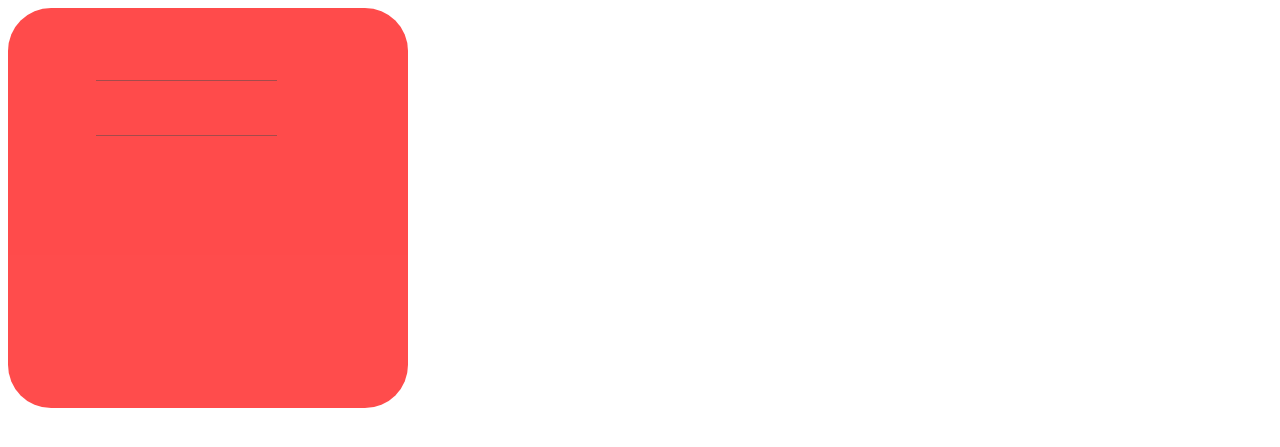
Repository: rkrukshan/Glass_Login_CSS
Page: loginform.html
These files come from the project's save history. The page is drawn as it stood at one moment and after the next save; the edit follows.
The browser window is 1280 px wide. The pictures show the whole page.

Above is the page before, as saved 2023-10-02 22:49:00.

After the next save:
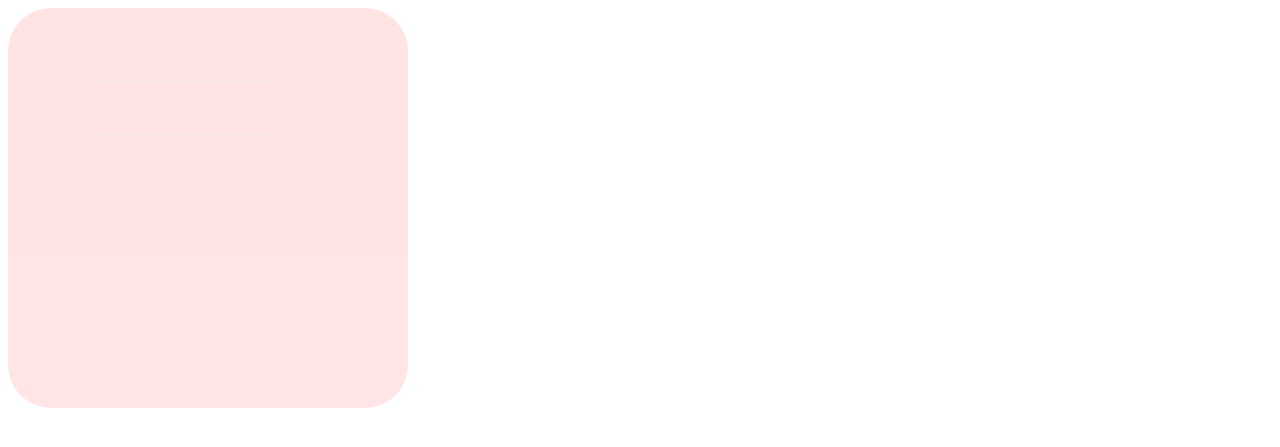
Saved 5 s later.
--- a/loginform.html
+++ b/loginform.html
@@ -8,7 +8,7 @@
             background-color: rgb(255, 0, 0);
             width: 25rem;
             height: 25rem;
-            opacity: .7;
+            opacity: .1;
             border-radius: 43px;
         }
         input
